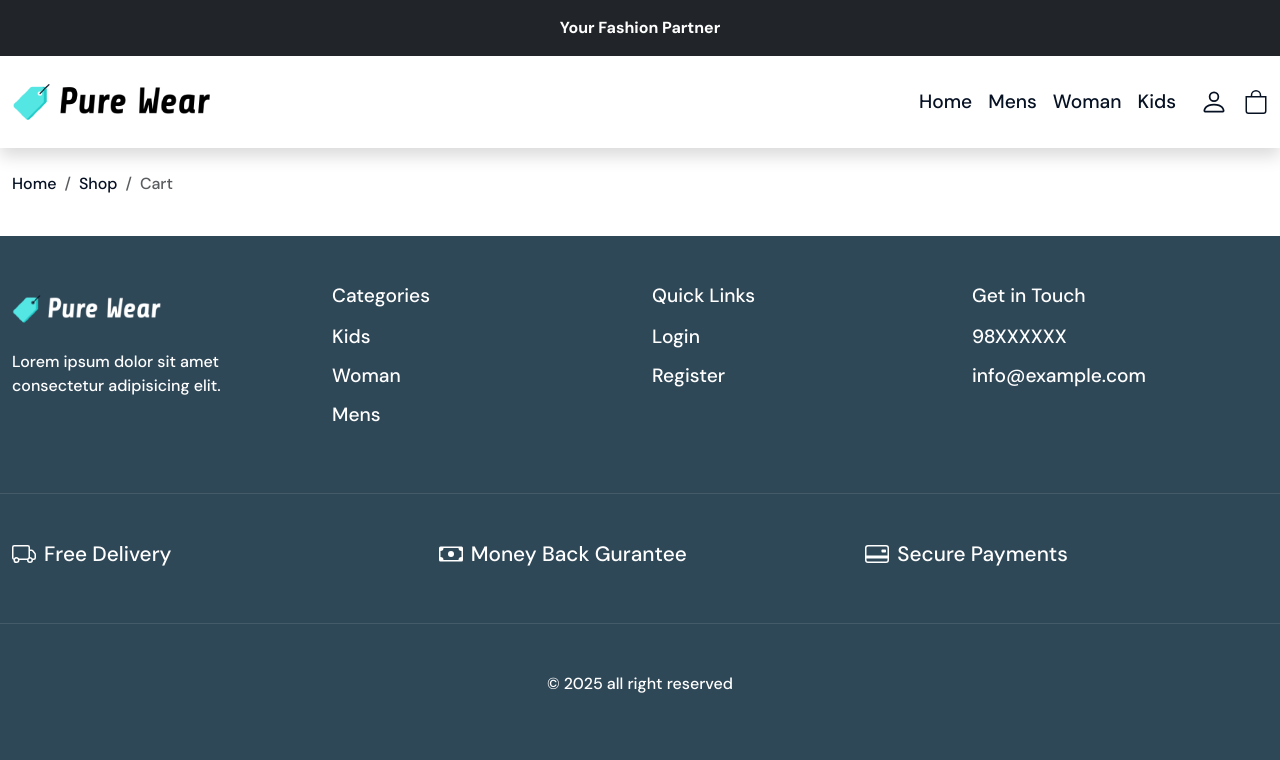
Repository: rajendratamang/react_ecommerce
Page: /cart
An editor plug-in stored every save of this project. The page is shown before and after the next save, followed by the edit.
The browser window is 1280 px wide. The pictures show the whole page.
The project was rebuilt for these pictures with package versions that can differ from the ones it lists, and the page was loaded fresh each time. Also part of the build but not shown: vite.config.js, src/components/common/LatestProduct.jsx, src/components/common/FeaturedProducts.jsx, src/components/Home.jsx, src/components/Shop.jsx, src/components/Product.jsx.

Above is the page before, as saved 2025-11-06 14:38:09.

After the next save:
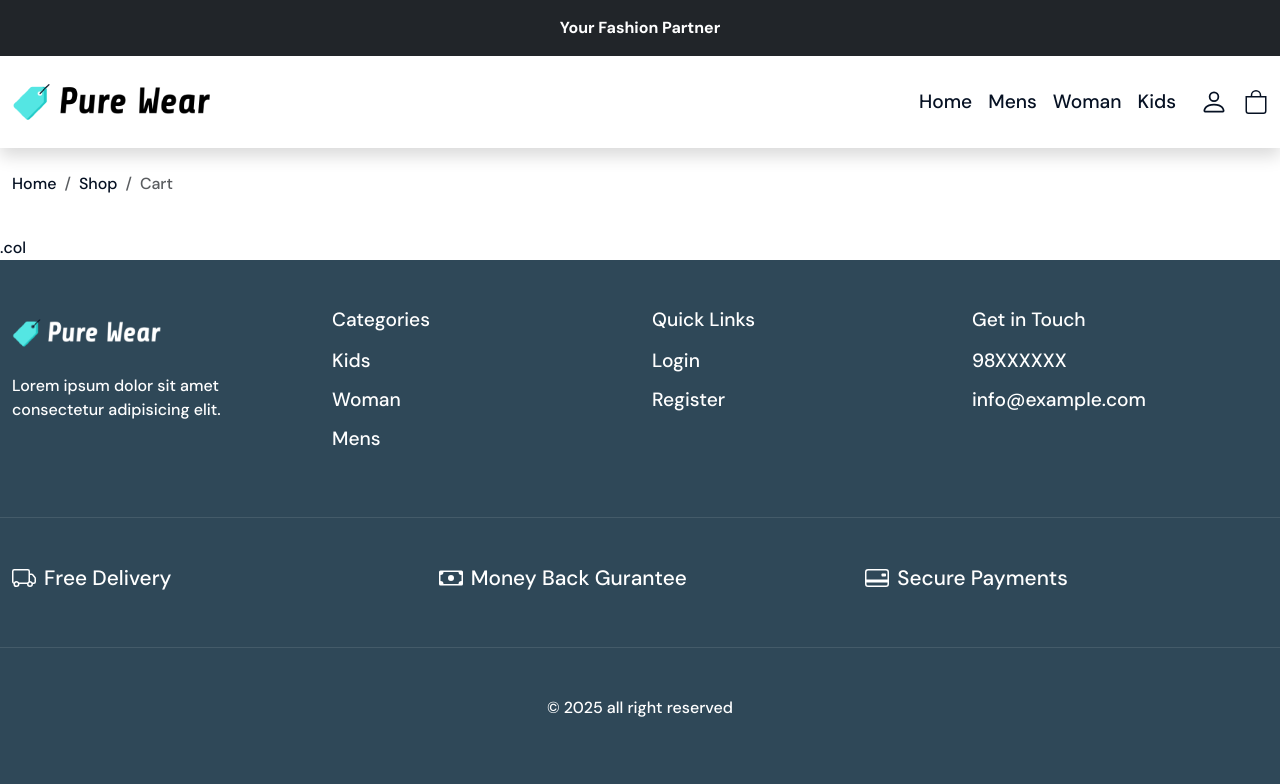
Saved 7 min 41 s later.
--- a/src/components/Cart.jsx
+++ b/src/components/Cart.jsx
@@ -18,6 +18,7 @@ const Cart = () => {
                             </ol>
                         </nav>
                     </div>
+                    .col
                 </div>
             </div>
         </Layout>
